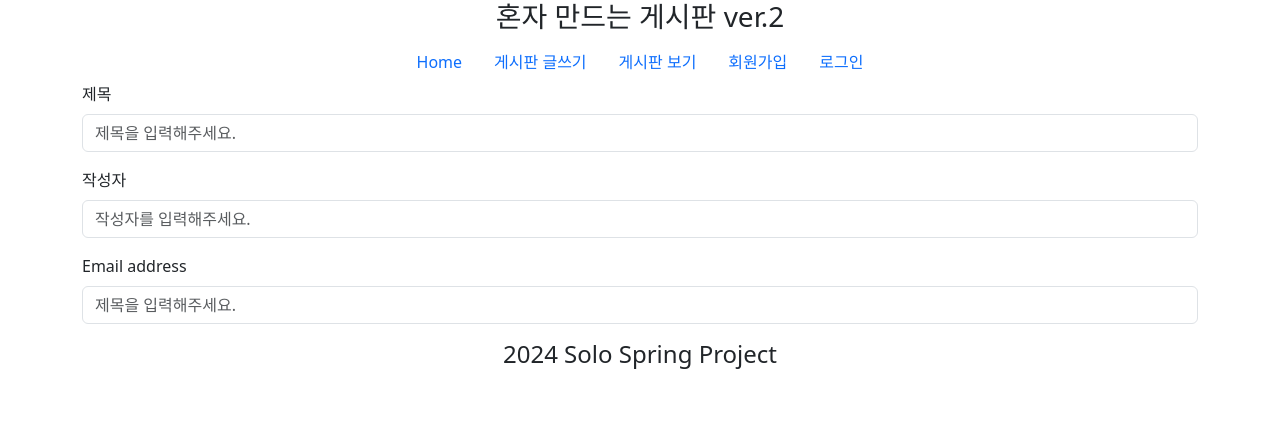
Repository: nefer2/Spring_test
Page: http://localhost/spring_test7/WEB-INF/views/board/register.jsp
An editor plug-in stored every save of this project. The page is shown before and after a run of saves, followed by the edit.
The browser window is 1280 px wide. The pictures show the whole page.
The page is served by Tomcat 9. Nobody is signed in. The template is opened directly, without the code that normally fills it, so the values that code supplies are empty.

Above is the page before, as saved 2024-01-17 04:00:26.

After the next 2 saves:
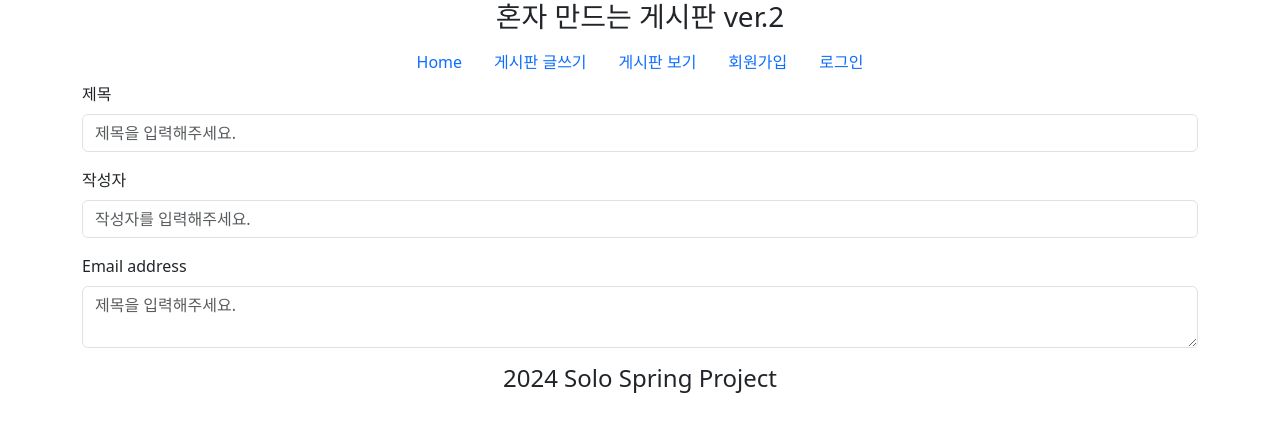
The 2 saves are shown as one change because they came seconds apart.
The last was saved 14 s later.
--- a/spring_test7/src/main/webapp/WEB-INF/views/board/register.jsp
+++ b/spring_test7/src/main/webapp/WEB-INF/views/board/register.jsp
@@ -21,7 +21,7 @@
 		</div>
 		<div class="mb-3">
 		  <label for="exampleFormControlInput1" class="form-label">Email address</label>
-		  <input type="text" name="title" class="form-control" id="title" placeholder="제목을 입력해주세요.">
+		  <textarea type="text" name="title" class="form-control" id="title" placeholder="제목을 입력해주세요."></textarea>
 		</div>
 	</form>
 </div>
